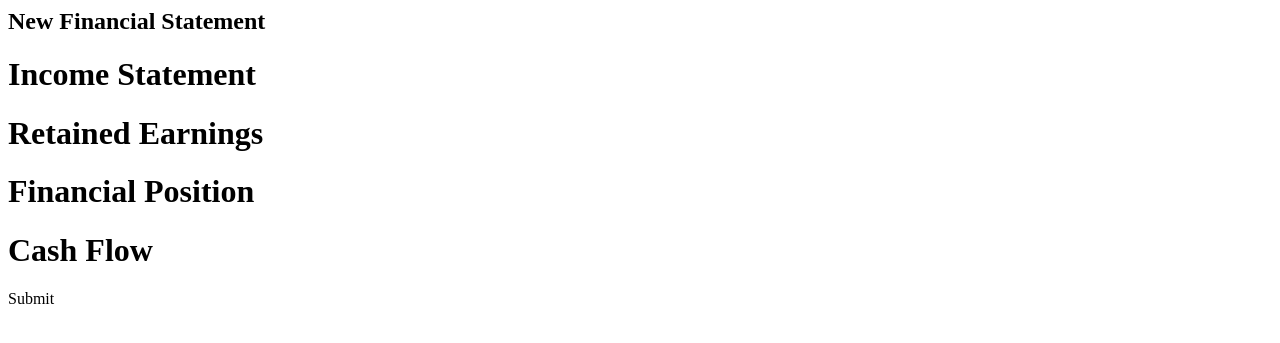
Repository: VentureEquityExchange/hack-ether-camp
Page: angular-app/fs/fs.html
The author's editor kept a record of every edit. The page is drawn from the files as they stood at one moment, then again after the next edit.
The browser window is 1280 px wide. The pictures show the whole page.

Above is the page before.

After the next edit:
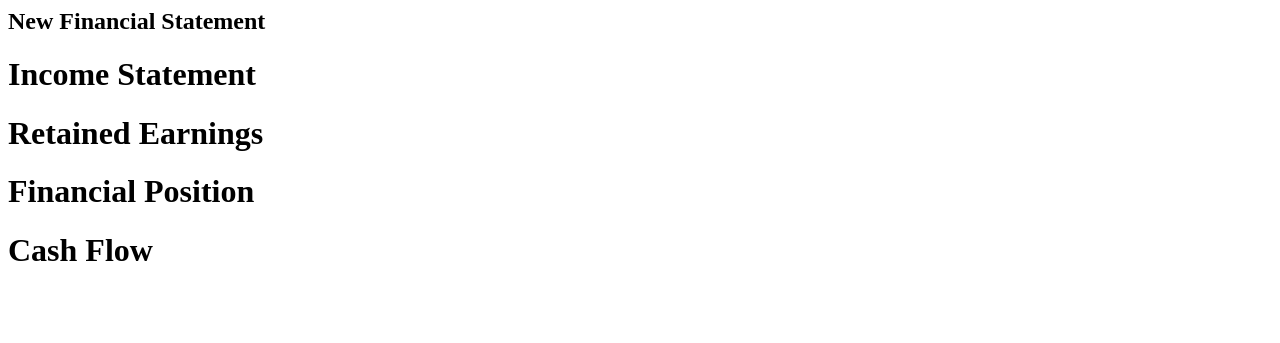
The edit:
--- a/angular-app/fs/fs.html
+++ b/angular-app/fs/fs.html
@@ -8,46 +8,39 @@
     <md-dialog-content style="width: 500px">
       <div class="md-dialog-content">
         <md-tabs md-dynamic-height md-border-bottom>
-  <md-tab label="income">
-    <md-content class="md-padding">
-      <h1 class="md-display-2">Income Statement</h1>
-      <income></income>
-    </md-content>
-  </md-tab>
-  <md-tab label="retained earnings">
-    <md-content class="md-padding">
-      <h1 class="md-display-2">Retained Earnings</h1>
-      <retained-earnings></retained-earnings>
-    </md-content>
-  </md-tab>
-  <md-tab label="financial position">
-    <md-content class="md-padding">
-      <h1 class="md-display-2">Financial Position</h1>
-      <financial-position></financial-position>
-    </md-content>
-  </md-tab>
-  <md-tab label="cash flow">
-    <md-content class="md-padding">
-      <h1 class="md-display-2">Cash Flow</h1>
-      <cash-flow></cash-flow>
-    </md-content>
-  </md-tab>
-</md-tabs>
+		  <md-tab label="income">
+		    <md-content class="md-padding">
+		      <h1 class="md-display-2">Income Statement</h1>
+		      <income></income>
+		    </md-content>
+		  </md-tab>
+		  <md-tab label="retained earnings">
+		    <md-content class="md-padding">
+		      <h1 class="md-display-2">Retained Earnings</h1>
+		      <retained-earnings></retained-earnings>
+		    </md-content>
+		  </md-tab>
+		  <md-tab label="financial position">
+		    <md-content class="md-padding">
+		      <h1 class="md-display-2">Financial Position</h1>
+		      <financial-position></financial-position>
+		    </md-content>
+		  </md-tab>
+		  <md-tab label="cash flow">
+		    <md-content class="md-padding">
+		      <h1 class="md-display-2">Cash Flow</h1>
+		      <cash-flow></cash-flow>
+		    </md-content>
+		  </md-tab>
+		</md-tabs>
       </div>
     </md-dialog-content>
+    <!--
     <md-dialog-actions layout="row">
-      <md-button md-autofocus>
+      <md-button md-autofocus ng-click="submitStatement(statement)">
         Submit
       </md-button>
       <span flex></span>
-      <!--
-      <md-button ng-click="answer('not useful')">
-       Not Useful
-      </md-button>
-      <md-button ng-click="answer('useful')" style="margin-right:20px;">
-        Useful
-      </md-button>
-      -->
     </md-dialog-actions>
   </form>
 </md-dialog>
